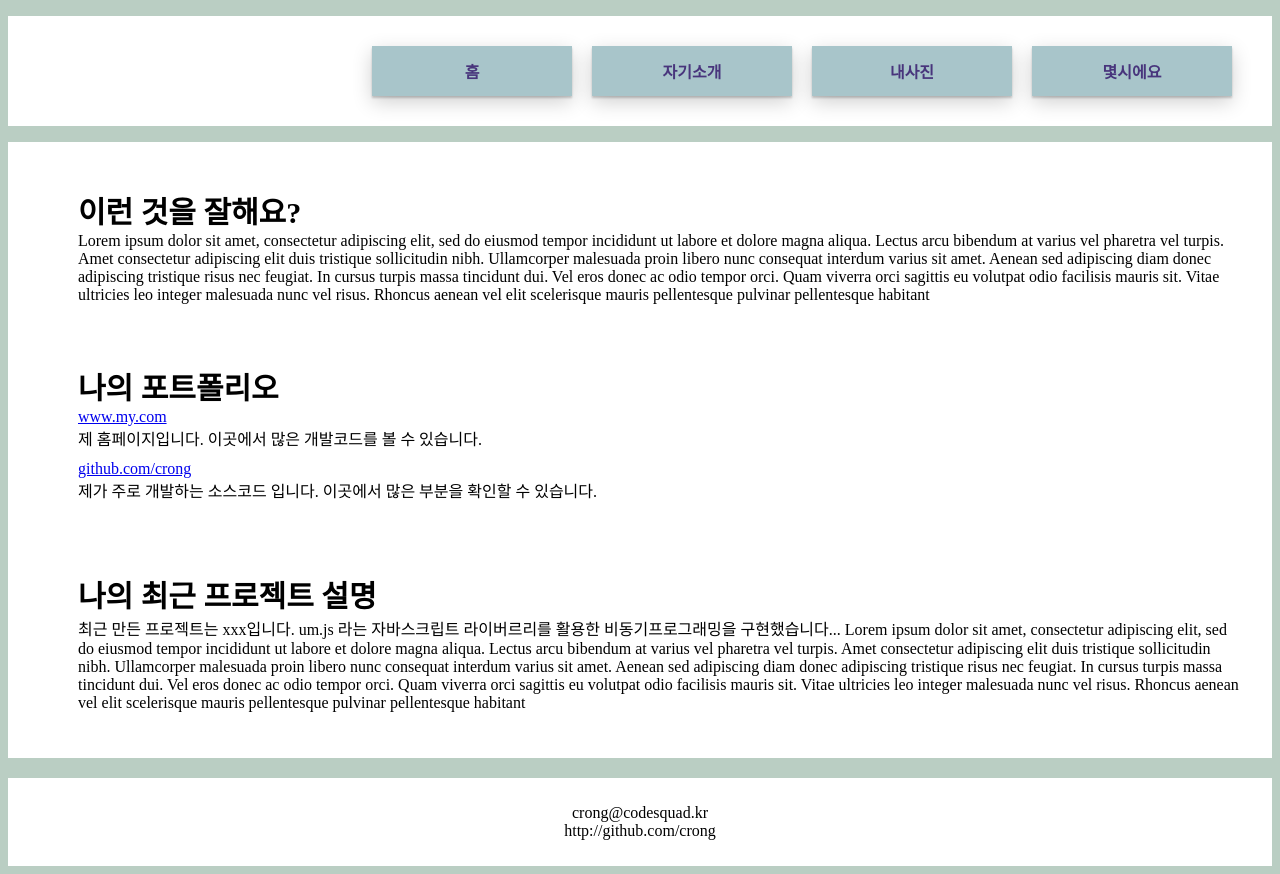
Repository: ByeongkwanNam/edwith_web
Page: eclipse-workspace/aboutme/WebContent/aboutme.html
The author's editor kept a copy of each file at every save. The page is drawn from the files as they stood at one save, then again after the next save.
The browser window is 1280 px wide. The pictures show the whole page.

Above is the page before, as saved 2019-08-15 10:17:46.

### eclipse-workspace/aboutme/WebContent/aboutme.html
<!DOCTYPE html>
<html>

<head>
    <meta charset="utf-8">
    <meta name="viewport" content="width=device-width">
    <title>자기 소개 페이지</title>

    <style>
        body {
            background-color: rgb(186, 206, 195)
        }

        header,
        footer,
        section {
            background-color: white;
        }

        nav>ul {
            display: flex;
            justify-content: flex-end;
            margin-right: 30px;
        }

        nav>ul>li {
            display: inline-block;
            margin: 30px 10px;
        }

        .nav-items {
            color: rgb(72, 53, 124);

            width: 200px;
            height: 50px;
        }

        nav ul li:hover,
        .my-info {
            cursor: pointer;
        }

        .nemo {
            display: table-cell;
            text-align: center;
            vertical-align: middle;
            background-color: rgb(168, 197, 202);
            box-shadow: 0 2px 2px 0 rgba(0, 0, 0, 0.2), 0 6px 20px 0 rgba(0, 0, 0, 0.19);
            font-weight: bold;
        }

        section>ul {
            display: inline-block;
            list-style: none;
        }

        .paragraph {
            padding: 30px;
        }

        .title {
            font-size: 30px;
            font-weight: bold;
        }

        .desc-depth-one {
            padding: 0px 0 10px 0;
        }


        footer {
            text-align: center;
            padding: 10px;
            margin-top: 20px;
        }
    </style>
</head>

<body>
    <header>
        <nav>
            <ul>
                <li>
                    <div class="nemo nav-items">홈</div>
                </li>
                <li>
                    <div class="nemo nav-items">자기소개</div>
                </li>
                <li>
                    <div class="nemo nav-items">내사진</div>
                </li>
                <li>
                    <div class="nemo nav-items">몇시에요</div>
                </li>
            </ul>
        </nav>
    </header>

    <section>
        <ul>
            <li>
                <div class="paragraph">
                    <span class="title">이런 것을 잘해요?</span>
                    <br />
                    <span class="desc">Lorem ipsum dolor sit amet,
                        consectetur adipiscing elit, sed do eiusmod tempor incididunt ut labore et dolore magna aliqua.
                        Lectus arcu bibendum at
                        varius vel pharetra vel turpis. Amet consectetur adipiscing elit duis tristique sollicitudin
                        nibh. Ullamcorper malesuada
                        proin libero nunc consequat interdum varius sit amet. Aenean sed adipiscing diam donec
                        adipiscing tristique risus nec feugiat.
                        In cursus turpis massa tincidunt dui. Vel eros donec ac odio tempor orci. Quam viverra orci
                        sagittis eu volutpat odio facilisis
                        mauris sit. Vitae ultricies leo integer malesuada nunc vel risus. Rhoncus aenean vel elit
                        scelerisque mauris pellentesque pulvinar
                        pellentesque habitant</span>
                </div>
            </li>

            <li>
                <div class="paragraph">
                    <span class="title">나의 포트폴리오</span>
                    <br />
                    <span class="desc">
                        <div class="desc-depth-one">
                            <a href="#">www.my.com</a>
                            <br />
                            <span>제 홈페이지입니다. 이곳에서 많은 개발코드를 볼 수 있습니다.</span>
                        </div>
                        <div class="desc-depth-one">
                            <a href="#">github.com/crong</a>
                            <br />
                            <span>제가 주로 개발하는 소스코드 입니다. 이곳에서 많은 부분을 확인할 수 있습니다.</span>
                        </div>
                    </span>
                </div>
            </li>

            <li>
                <div class="paragraph">
                    <span class="title">나의 최근 프로젝트 설명</span>
                    <br />
                    <span class="desc">최근 만든 프로젝트는 xxx입니다. um.js 라는 자바스크립트 라이버르리를 활용한 비동기프로그래밍을 구현했습니다... Lorem ipsum
                        dolor sit amet,
                        consectetur adipiscing elit, sed do eiusmod tempor incididunt ut labore et dolore magna aliqua.
                        Lectus arcu bibendum at
                        varius vel pharetra vel turpis. Amet consectetur adipiscing elit duis tristique sollicitudin
                        nibh. Ullamcorper malesuada
                        proin libero nunc consequat interdum varius sit amet. Aenean sed adipiscing diam donec
                        adipiscing tristique risus nec feugiat.
                        In cursus turpis massa tincidunt dui. Vel eros donec ac odio tempor orci. Quam viverra orci
                        sagittis eu volutpat odio facilisis
                        mauris sit. Vitae ultricies leo integer malesuada nunc vel risus. Rhoncus aenean vel elit
                        scelerisque mauris pellentesque pulvinar
                        pellentesque habitant</span>
                </div>
            </li>
        </ul>
    </section>

    <footer>
        <p>
            <span>crong@codesquad.kr</span>
            <br>
            <span>http://github.com/crong</span>
        </p>
    </footer>

</body>

</html>

After the next save:
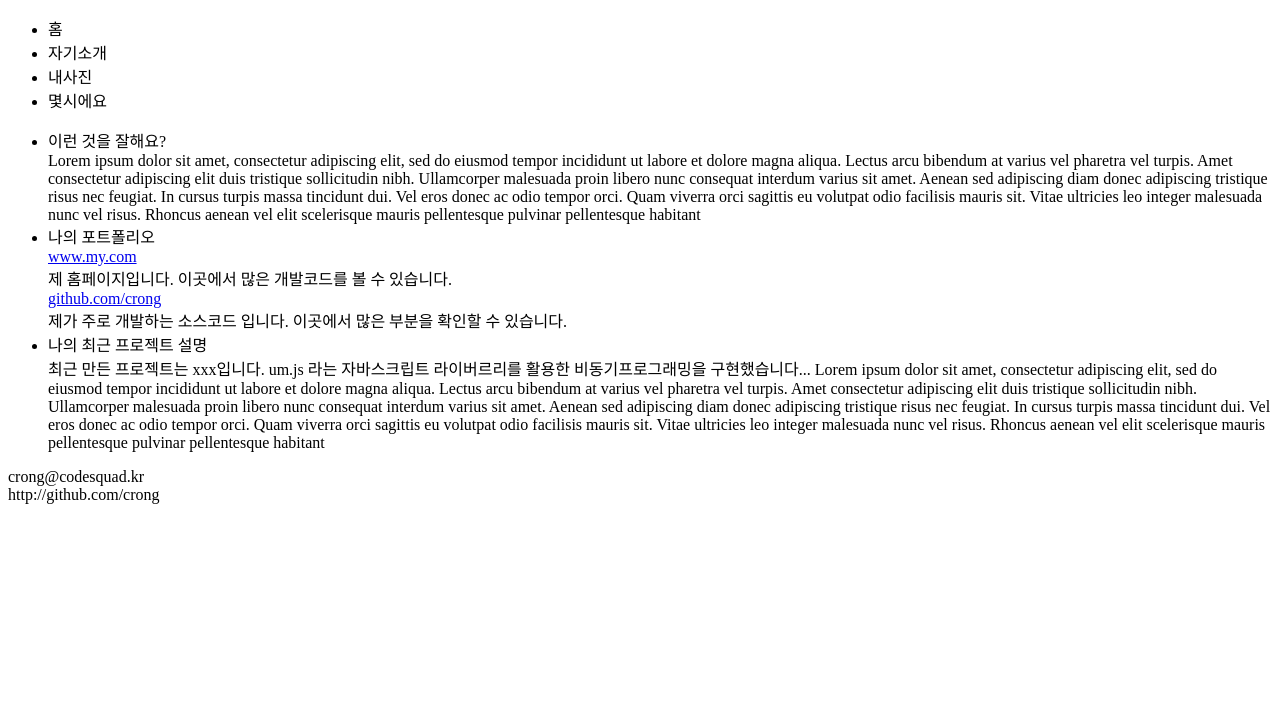
Saved 2 s later.
--- a/eclipse-workspace/aboutme/WebContent/aboutme.html
+++ b/eclipse-workspace/aboutme/WebContent/aboutme.html
@@ -7,72 +7,7 @@
     <title>자기 소개 페이지</title>
 
     <style>
-        body {
-            background-color: rgb(186, 206, 195)
-        }
 
-        header,
-        footer,
-        section {
-            background-color: white;
-        }
-
-        nav>ul {
-            display: flex;
-            justify-content: flex-end;
-            margin-right: 30px;
-        }
-
-        nav>ul>li {
-            display: inline-block;
-            margin: 30px 10px;
-        }
-
-        .nav-items {
-            color: rgb(72, 53, 124);
-
-            width: 200px;
-            height: 50px;
-        }
-
-        nav ul li:hover,
-        .my-info {
-            cursor: pointer;
-        }
-
-        .nemo {
-            display: table-cell;
-            text-align: center;
-            vertical-align: middle;
-            background-color: rgb(168, 197, 202);
-            box-shadow: 0 2px 2px 0 rgba(0, 0, 0, 0.2), 0 6px 20px 0 rgba(0, 0, 0, 0.19);
-            font-weight: bold;
-        }
-
-        section>ul {
-            display: inline-block;
-            list-style: none;
-        }
-
-        .paragraph {
-            padding: 30px;
-        }
-
-        .title {
-            font-size: 30px;
-            font-weight: bold;
-        }
-
-        .desc-depth-one {
-            padding: 0px 0 10px 0;
-        }
-
-
-        footer {
-            text-align: center;
-            padding: 10px;
-            margin-top: 20px;
-        }
     </style>
 </head>
 
